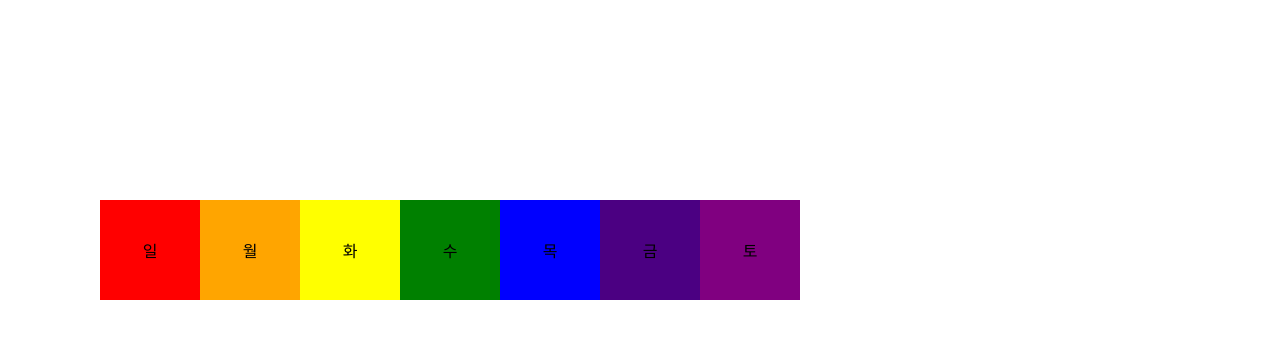
Repository: cdj6995/Web
Page: Lecture-Web/src/main/webapp/jquery/homework.html
An editor plug-in stored every save of this project. The page is shown before and after the next save, followed by the edit.
The browser window is 1280 px wide. The pictures show the whole page.

Above is the page before, as saved 2022-05-30 10:55:48.

### Lecture-Web/src/main/webapp/jquery/homework.html
<!DOCTYPE html>
<html>
<head>
	<meta charset="UTF-8">
	<title>homework</title>
	<style>
		div{
			width : 100px;
			height : 100px;
			position : absolute;
			display : flex
		}


	</style>
	<script src="https://code.jquery.com/jquery-3.6.0.js"></script>
	<script>
		$(document).ready(function(){
			$('.1').animate({
				left : '100px',
				top : '200px'
			}).css({'background-color' : 'red',
				'align-items' : 'center',
				'justify-content' : 'center'})

			$('.2').animate({
				left : '200px',
				top : '200px'
			}).css({'background-color' : 'orange',
				'align-items' : 'center',
				'justify-content' : 'center'})

			$('.3').animate({
				left : '300px',
				top : '200px'
			}).css({'background-color' : 'yellow',
				'align-items' : 'center',
				'justify-content' : 'center'})

			$('.4').animate({
				left : '400px',
				top : '200px'
			}).css({'background-color' : 'green',
				'align-items' : 'center',
				'justify-content' : 'center'})

			$('.5').animate({
				left : '500px',
				top : '200px'
			}).css({'background-color' : 'blue',
				'align-items' : 'center',
				'justify-content' : 'center'})

			$('.6').animate({
				left : '600px',
				top : '200px'
			}).css({'background-color' : 'indigo',
				'align-items' : 'center',
				'justify-content' : 'center'})

			$('.7').animate({
				left : '700px',
				top : '200px'
			}).css({'background-color' : 'purple',
				'align-items' : 'center',
				'justify-content' : 'center'})

			$('div').mouseenter(function(){
				$(this).css({'height' : '150px',
						'font-size' : '21px'})
				$(this).append("요일")

			})

			$('div').mouseleave(function(){
				$(this).css({'height' : '100px',
						'font-size' : '12px'})
				$(this).text(function(index, ele){
					return ele[0]
				})

			})

		})
	</script>
</head>
<body>
	<div class = "1">일</div>
	<div class = "2">월</div>
	<div class = "3">화</div>
	<div class = "4">수</div>
	<div class = "5">목</div>
	<div class = "6">금</div>
	<div class = "7">토</div>
</body>
</html>

After the next save:
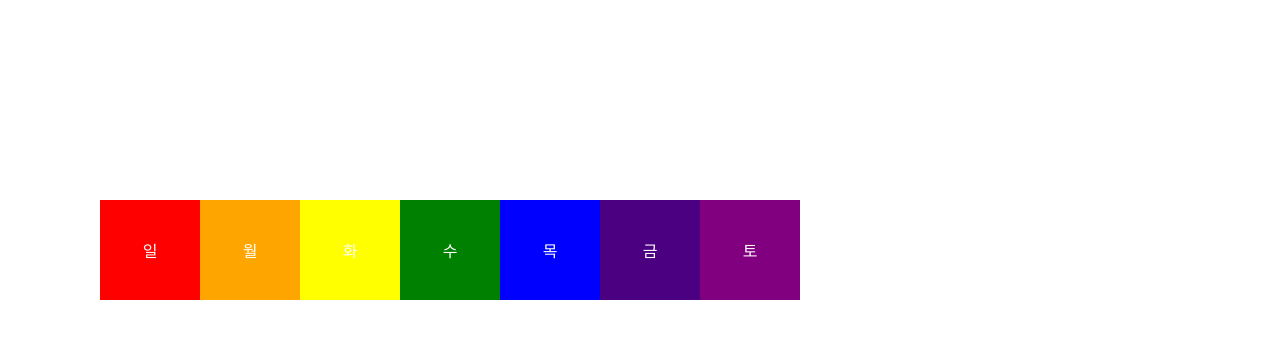
Saved 24 s later.
--- a/Lecture-Web/src/main/webapp/jquery/homework.html
+++ b/Lecture-Web/src/main/webapp/jquery/homework.html
@@ -8,7 +8,8 @@
 			width : 100px;
 			height : 100px;
 			position : absolute;
-			display : flex
+			display : flex;
+			color : white;
 		}
 
 

After the save that followed:
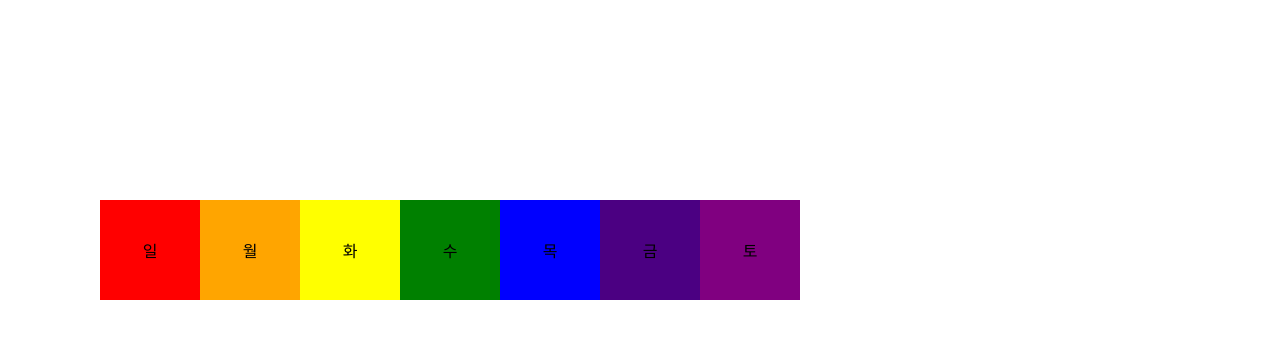
Saved 10 s later.
--- a/Lecture-Web/src/main/webapp/jquery/homework.html
+++ b/Lecture-Web/src/main/webapp/jquery/homework.html
@@ -8,8 +8,7 @@
 			width : 100px;
 			height : 100px;
 			position : absolute;
-			display : flex;
-			color : white;
+			display : flex
 		}
 
 
